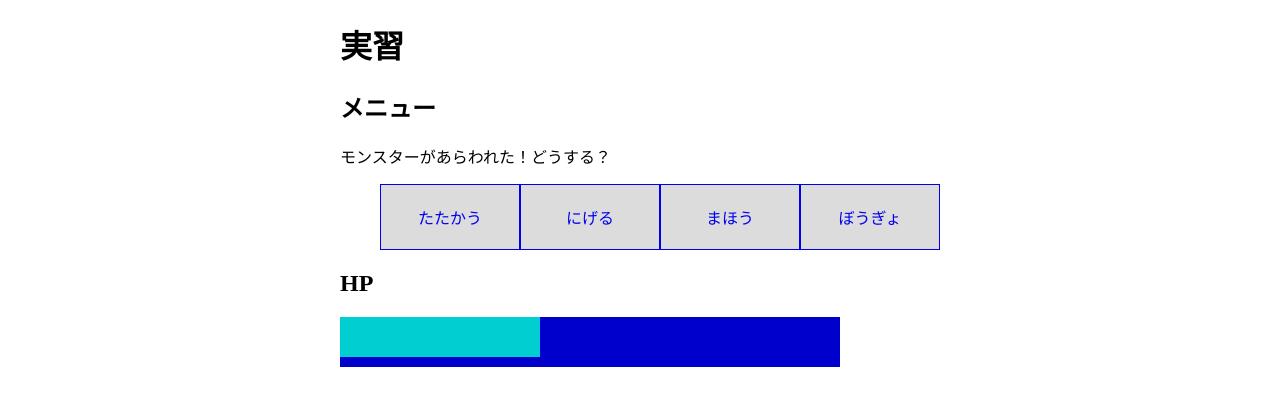
Repository: tomimaler/dc_work_tamachi_inagaki_html
Page: practice_layout/practice_layout.html
The author's editor kept a record of every edit. The page is drawn from the files as they stood at one moment, then again after the next edit.
The browser window is 1280 px wide. The pictures show the whole page.

Above is the page before.

After the next edit:
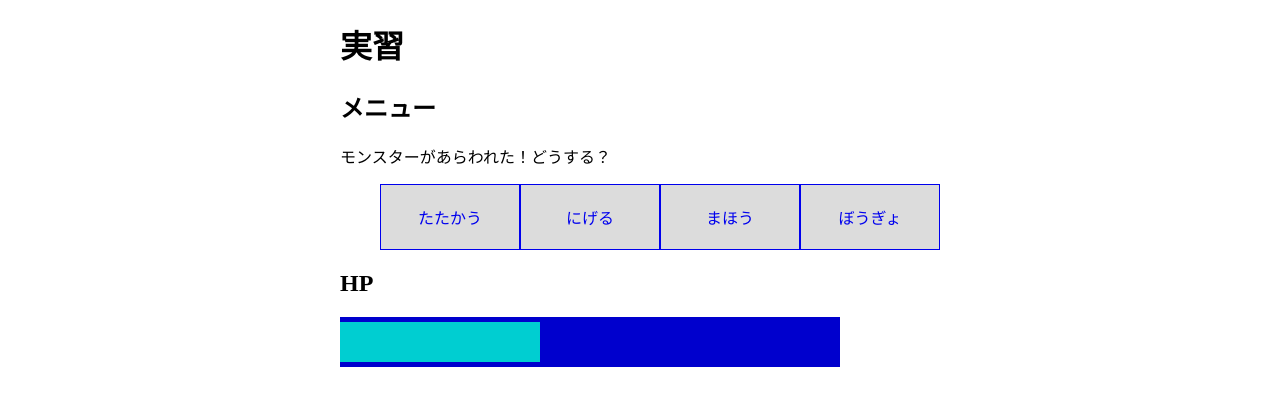
The edit:
--- a/practice_layout/practice_layout.css
+++ b/practice_layout/practice_layout.css
@@ -22,6 +22,7 @@
     width:200px;
     height:40px;
     background-color:#00CED1;
+    margin:5px 0;
     float:left;
 }
 
